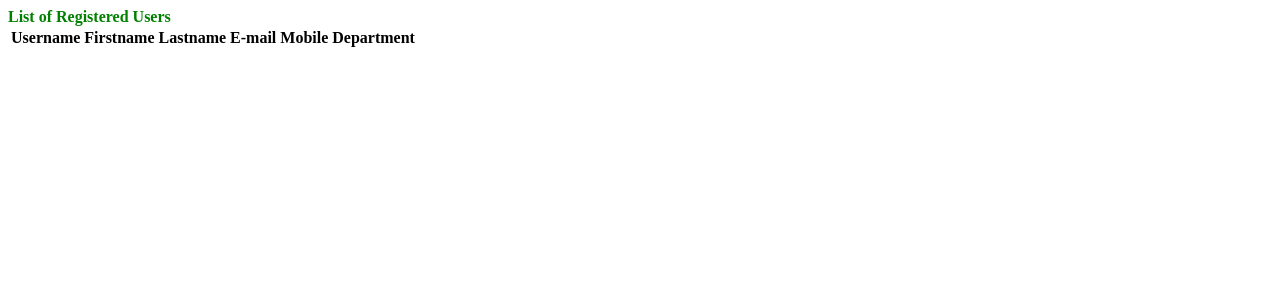
Repository: guribrar/enrolmentapp
Page: http://localhost/enrolmentapp/testingpage.jsp
These files come from the project's save history. The page is drawn as it stood at one moment and after the next save; the edit follows.
The browser window is 1280 px wide. The pictures show the whole page.
The page is served by Tomcat 9. Queries for data that is not in the repository find no rows.

Above is the page before, as saved 2016-12-30 15:59:56.

After the next save:
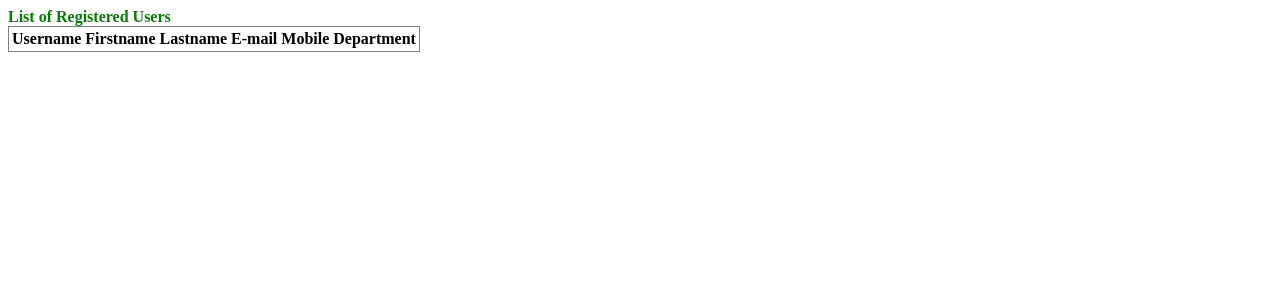
Saved 106 s later.
--- a/enrolmentapp/WebContent/testingpage.jsp
+++ b/enrolmentapp/WebContent/testingpage.jsp
@@ -17,7 +17,7 @@
 </head>
 <body>
 <font color="green"><b>List of Registered Users</b></font>
-<table>
+<table frame="box">
 	<tr>
 		<th>Username</th>
 		<th>Firstname</th>
